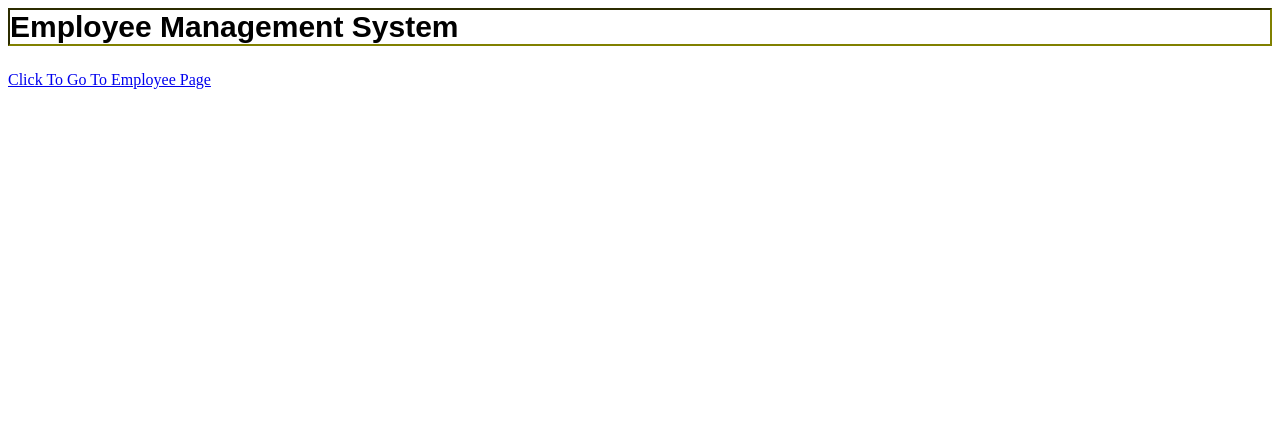
Repository: prieeyatambe/priyatambe_SpringMavenHibernate
Page: http://localhost/Project/
These files come from the project's save history. The page is drawn as it stood at one moment and after the next save; the edit follows.
The browser window is 1280 px wide. The pictures show the whole page.
The page is served by Tomcat 9.

Above is the page before, as saved 2024-03-06 07:09:00.

After the next save:
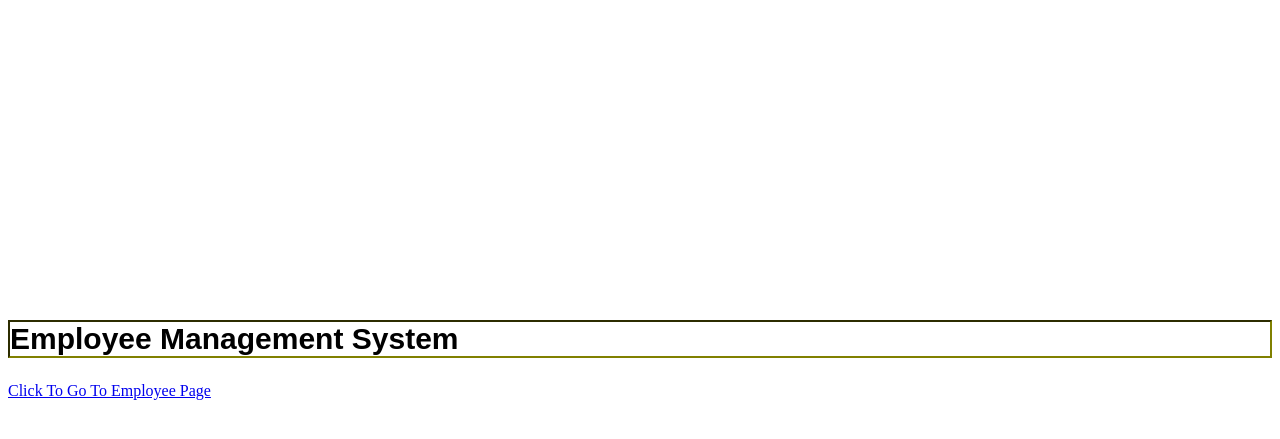
Saved 28 s later.
--- a/SpringMaven/mavenproject/Project/src/main/webapp/index.jsp
+++ b/SpringMaven/mavenproject/Project/src/main/webapp/index.jsp
@@ -2,7 +2,7 @@
 <head>
 <style type="text/css">
 body{
-	align-items: center;
+	align-content: center;
 }
 h2{
 	font-size: 30px;
